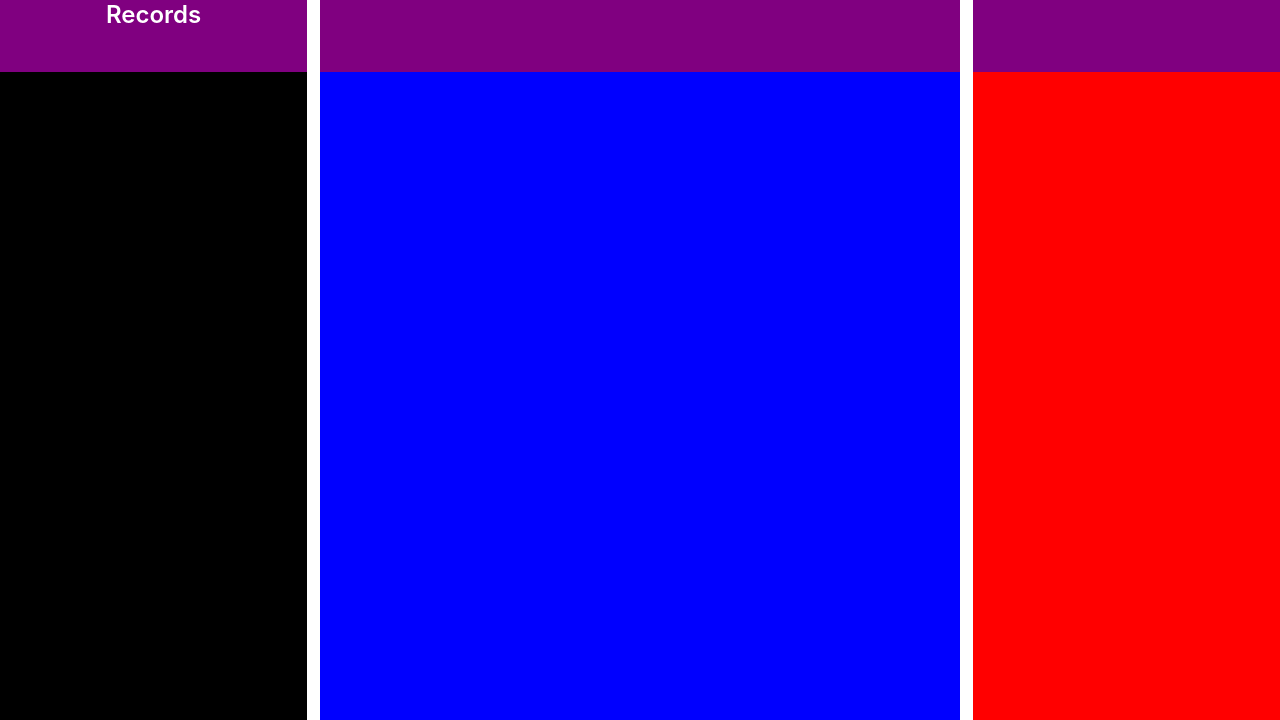
Repository: napan24/classforma_assignment
Page: / (app in client/)
The author's editor kept a copy of each file at every save. The page is drawn from the files as they stood at one save, then again after the next save.
The browser window is 1280 px wide. The pictures show the whole page.
The project was rebuilt for these pictures with package versions that can differ from the ones it lists, and the page was loaded fresh each time. Also part of the build but not shown: client/src/App.css.

Above is the page before, as saved 2022-07-19 16:30:14.

### client/src/App.js
import logo from './logo.svg';
import './App.css';
import Home from './Home';

function App() {
  return (
    <>
      <Home></Home>
    </>
  );
}

export default App;

### client/src/Home.js
import React from 'react'

const Home = () => {
    return (
        <>
            <div style={{ display: 'flex', width: "100vw", height: "100vh"}}>
                <div style={{ width: "24vw", height: "100vh", backgroundColor: "black",marginRight:"1vw" }}>
                    <div style={{ width: "24vw", height: "10vh", backgroundColor: "purple",textAlign:'center',fontSize:'150%',color:"white",fontWeight:"600",marginRight:"2vh" }}>
                        Records
                    </div>
                    <div>

                    </div>
                </div>
                <div style={{ width: "50vw", height: "100vh", backgroundColor: "blue",marginRight:"1vw" }}>
                    <div style={{ width: "50vw", height: "10vh", backgroundColor: "purple"}}>

                    </div>
                    <div>

                    </div>
                </div>
                <div style={{ width: "24vw", height: "100vh", backgroundColor: "red" }}>
                    <div style={{ width: "24vw", height: "10vh", backgroundColor: "purple" }}>

                    </div>
                    <div>

                    </div>
                </div>
            </div>
        </>
    )
}

export default Home

Loaded but not shown: client/public/index.html (common file); client/src/index.js (common file); client/src/index.css (common file); client/src/reportWebVitals.js (common file)

After the next save:
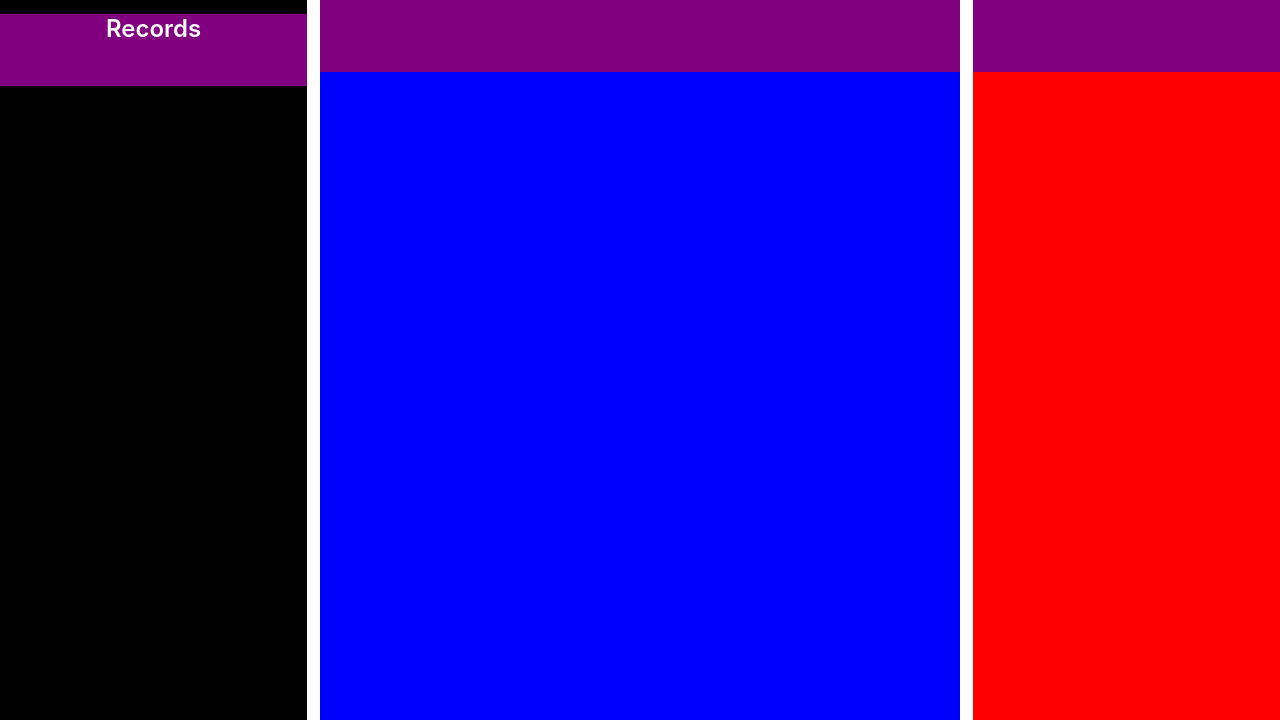
Saved 7 s later.
--- a/client/src/Home.js
+++ b/client/src/Home.js
@@ -5,7 +5,7 @@ const Home = () => {
         <>
             <div style={{ display: 'flex', width: "100vw", height: "100vh"}}>
                 <div style={{ width: "24vw", height: "100vh", backgroundColor: "black",marginRight:"1vw" }}>
-                    <div style={{ width: "24vw", height: "10vh", backgroundColor: "purple",textAlign:'center',fontSize:'150%',color:"white",fontWeight:"600",marginRight:"2vh" }}>
+                    <div style={{ width: "24vw", height: "10vh", backgroundColor: "purple",textAlign:'center',fontSize:'150%',color:"white",fontWeight:"600",marginTop:"2vh" }}>
                         Records
                     </div>
                     <div>
